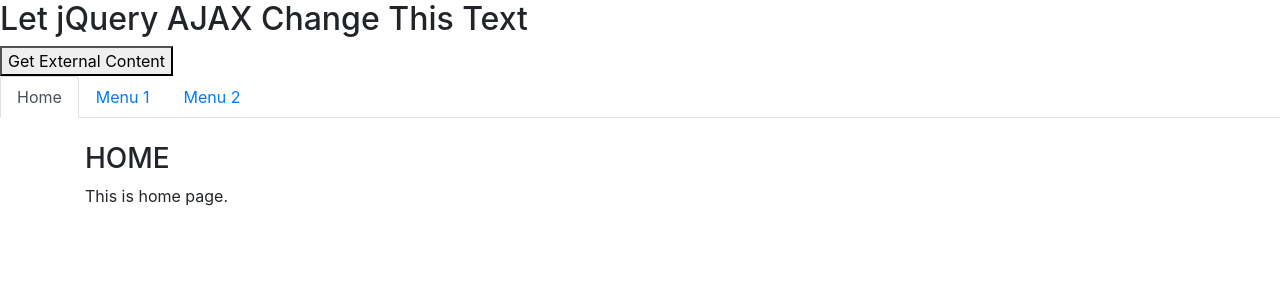
Repository: mindcafe/LiveDataDisplayFrontend
Page: LatestWorkspace/AlMark/WebContent/index2.html
The author's editor kept a copy of each file at every save. The page is drawn from the files as they stood at one save, then again after the next save.
The browser window is 1280 px wide. The pictures show the whole page.
After loading, the first visible `button` was clicked once.

Above is the page before, as saved 2018-06-30 23:53:40.
Not found: LatestWorkspace/AlMark/WebContent/WebContent/witsmlData_1sec.xml

### LatestWorkspace/AlMark/WebContent/index2.html
<!DOCTYPE html PUBLIC "-//W3C//DTD HTML 4.01 Transitional//EN" "http://www.w3.org/TR/html4/loose.dtd">
<html>
<head>
<meta http-equiv="Content-Type" content="text/html; charset=ISO-8859-1">
<title>ALMark</title>
<meta name="viewport" content="width=device-width, initial-scale=1">
  <link rel="stylesheet" href="libraries/bootstrap.min.css">
  <script src="libraries/jquery-3.3.1.min.js"></script>
  <script src="libraries/jquery-3.3.1.min.map"></script>
  <script src="libraries/bootstrap.bundle.min.js"></script>

  <script>
$(document).ready(function(){
    $("button").click(function(){
        $.ajax({url: 'WebContent/witsmlData_1sec.xml', success: function(result){
           	console.log('1');
        	$("#div1").html(result);

        }});
    });
});
</script>

 </head>
<body>

<div id="div1"><h2>Let jQuery AJAX Change This Text</h2></div>

<button>Get External Content</button>

  <!-- Tab panes -->
<ul class="nav nav-tabs" role="tablist">
	<li class="nav-item">
      <a class="nav-link active" data-toggle="tab" href="#home">Home</a>
    </li>

	<li class="nav-item">
      <a class="nav-link " data-toggle="tab" href="#menu1">Menu 1</a>
    </li>
    <li class="nav-item">
      <a class="nav-link" data-toggle="tab" href="#menu2">Menu 2</a>
    </li>
  </ul>

  <!-- Tab panes -->
  <div class="tab-content">

  	<div id="menu1" class="container tab-pane"><br>
      <h3>Menu 1</h3>
      <p>This is Menu 1.</p>
    </div>
    <div id="home" class="container tab-pane active"><br>
      <h3>HOME</h3>
      <p>This is home page.<br>
      	<!-- <a target="_blank" href="https://66cfdaeb-3982-4599-af5a-03db28e5741d.mock.pstmn.io/witsLogData">Click for W3school Help</a> -->
      	<!-- <a href="https://66cfdaeb-3982-4599-af5a-03db28e5741d.mock.pstmn.io/witsLogData">Click for W3school Help</a> -->

      </p>
    </div>

    <div id="menu2" class="container tab-pane "><br>
      <h3>Menu 2</h3>
      <p>This is in Menu 2 page</p>
    </div>
  </div>
</div>
</body>
</html>

Loaded but not shown: LatestWorkspace/AlMark/WebContent/libraries/bootstrap.min.css (library); LatestWorkspace/AlMark/WebContent/libraries/jquery-3.3.1.min.js (library); LatestWorkspace/AlMark/WebContent/libraries/bootstrap.bundle.min.js (library)

After the next save:
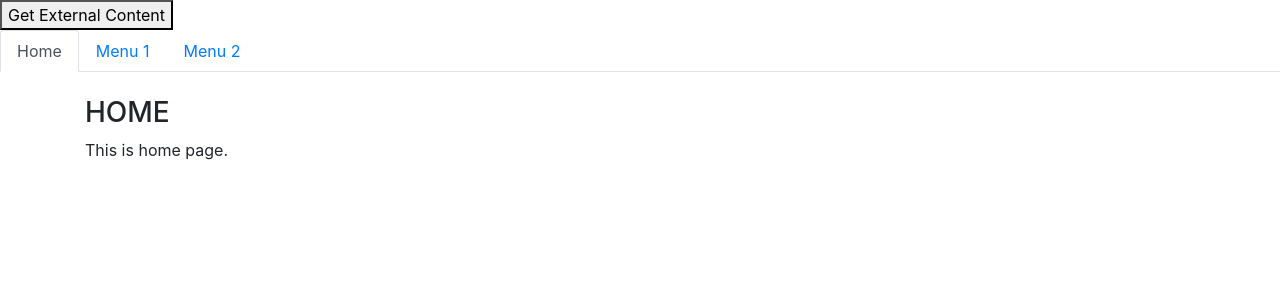
Console error: TypeError: Cannot read properties of null (reading 'ownerDocument')
Saved 73 s later.
--- a/LatestWorkspace/AlMark/WebContent/index2.html
+++ b/LatestWorkspace/AlMark/WebContent/index2.html
@@ -12,7 +12,7 @@
   <script>
 $(document).ready(function(){
     $("button").click(function(){
-        $.ajax({url: 'WebContent/witsmlData_1sec.xml', success: function(result){
+        $.ajax({url: 'xml/witsmlData_1sec.xml', success: function(result){
            	console.log('1');
         	$("#div1").html(result);
 
